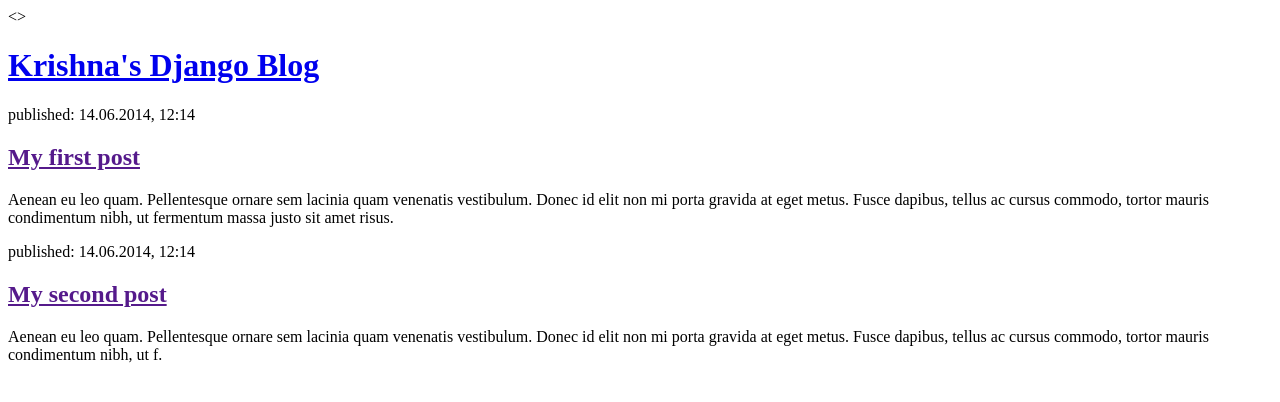
Repository: Krishna-bansall/django-blog
Page: http://localhost/
An editor plug-in stored every save of this project. The page is shown before and after the next save, followed by the edit.
The browser window is 1280 px wide. The pictures show the whole page.
The page is served by the project's application, run on Django 3.2 (manage.py). Other server files are loaded and not shown.

Above is the page before, as saved 2022-06-20 20:17:35.

### blog/templates/blog/post_list.html
<!DOCTYPE html>
<html lang="en">
	<head>
		<meta charset="UTF-8" />
		<meta http-equiv="X-UA-Compatible" content="IE=edge" />
		<meta name="viewport" content="width=device-width, initial-scale=1.0" />
		<title>Document</title>
	</head>
	<>
        <header>
            <h1><a href="/">Krishna's Django Blog</a></h1>
        </header>

        <article>
            <time>published: 14.06.2014, 12:14</time>
            <h2><a href="">My first post</a></h2>
            <p>Aenean eu leo quam. Pellentesque ornare sem lacinia quam venenatis vestibulum. Donec id elit non mi porta gravida at eget metus. Fusce dapibus, tellus ac cursus commodo, tortor mauris condimentum nibh, ut fermentum massa justo sit amet risus.</p>
        </article>

        <article>
            <time>published: 14.06.2014, 12:14</time>
            <h2><a href="">My second post</a></h2>
            <p>Aenean eu leo quam. Pellentesque ornare sem lacinia quam venenatis vestibulum. Donec id elit non mi porta gravida at eget metus. Fusce dapibus, tellus ac cursus commodo, tortor mauris condimentum nibh, ut f.</p>
        </article>
	</body>
</html>

### lilBlog/urls.py
from django.contrib import admin
from django.urls import path, include


urlpatterns = [
    path('admin/', admin.site.urls),
    path('', include('blog.urls')),
]

Loaded but not shown: blog/views.py (common file); blog/urls.py (common file)

After the next save:
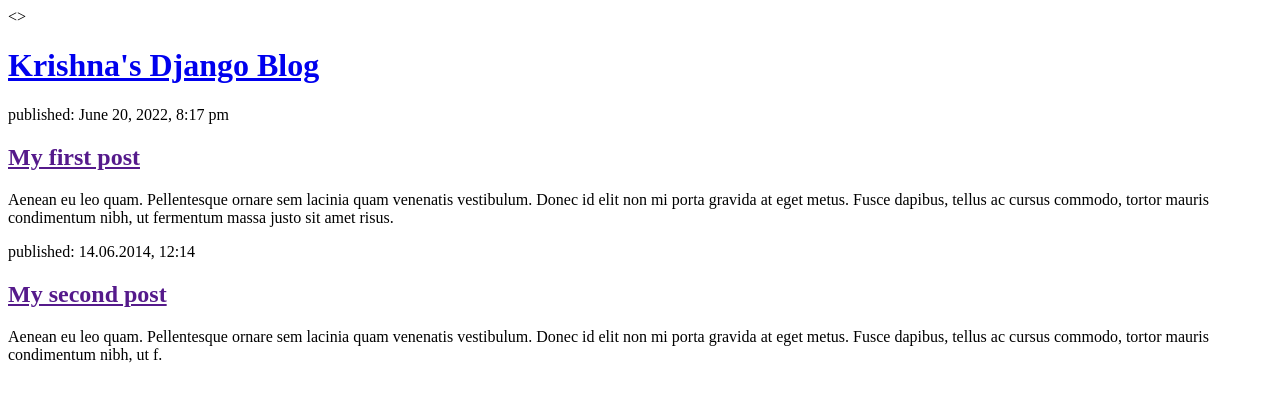
Saved 28 s later.
--- a/blog/templates/blog/post_list.html
+++ b/blog/templates/blog/post_list.html
@@ -12,7 +12,7 @@
         </header>
 
         <article>
-            <time>published: 14.06.2014, 12:14</time>
+            <time>published: June 20, 2022, 8:17 pm</time>
             <h2><a href="">My first post</a></h2>
             <p>Aenean eu leo quam. Pellentesque ornare sem lacinia quam venenatis vestibulum. Donec id elit non mi porta gravida at eget metus. Fusce dapibus, tellus ac cursus commodo, tortor mauris condimentum nibh, ut fermentum massa justo sit amet risus.</p>
         </article>
